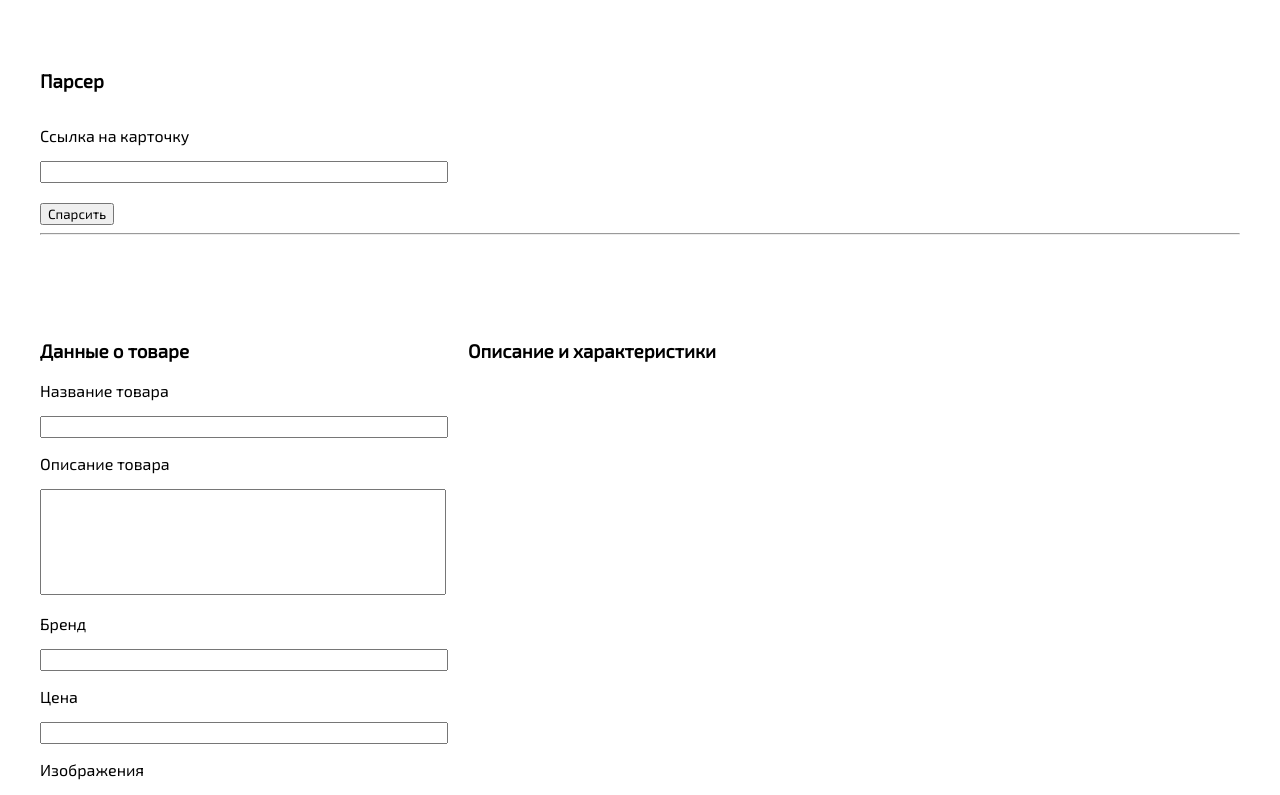
Repository: yozuul/wildberries-product-card-parser-api-exchange
Page: public/index.html
An editor plug-in stored every save of this project. The page is shown before and after the next save, followed by the edit.
The browser window is 1280 px wide. The pictures show the whole page.

Above is the page before, as saved 2021-08-18 18:31:43.

After the next save:
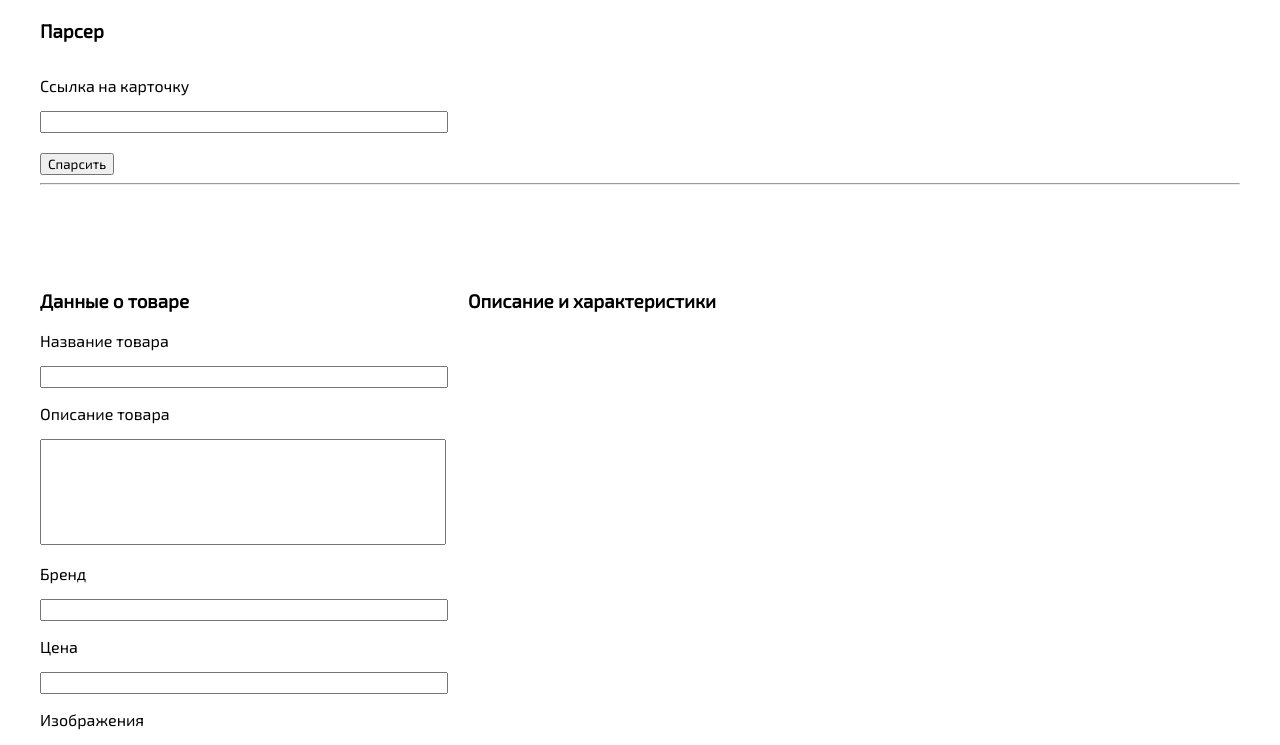
Saved 20 s later.
--- a/public/style.css
+++ b/public/style.css
@@ -11,10 +11,10 @@
 .productFormWrapper, .parseFormWrapper {
    max-width: 1200px;
    margin: auto;
-   margin-top: 50px;
 }
 .productFormWrapper {
    display: flex;
+   margin-top: 50px;
 }
 .productFormWrapperLeft {
    margin-right: 20px;

After the save that followed:
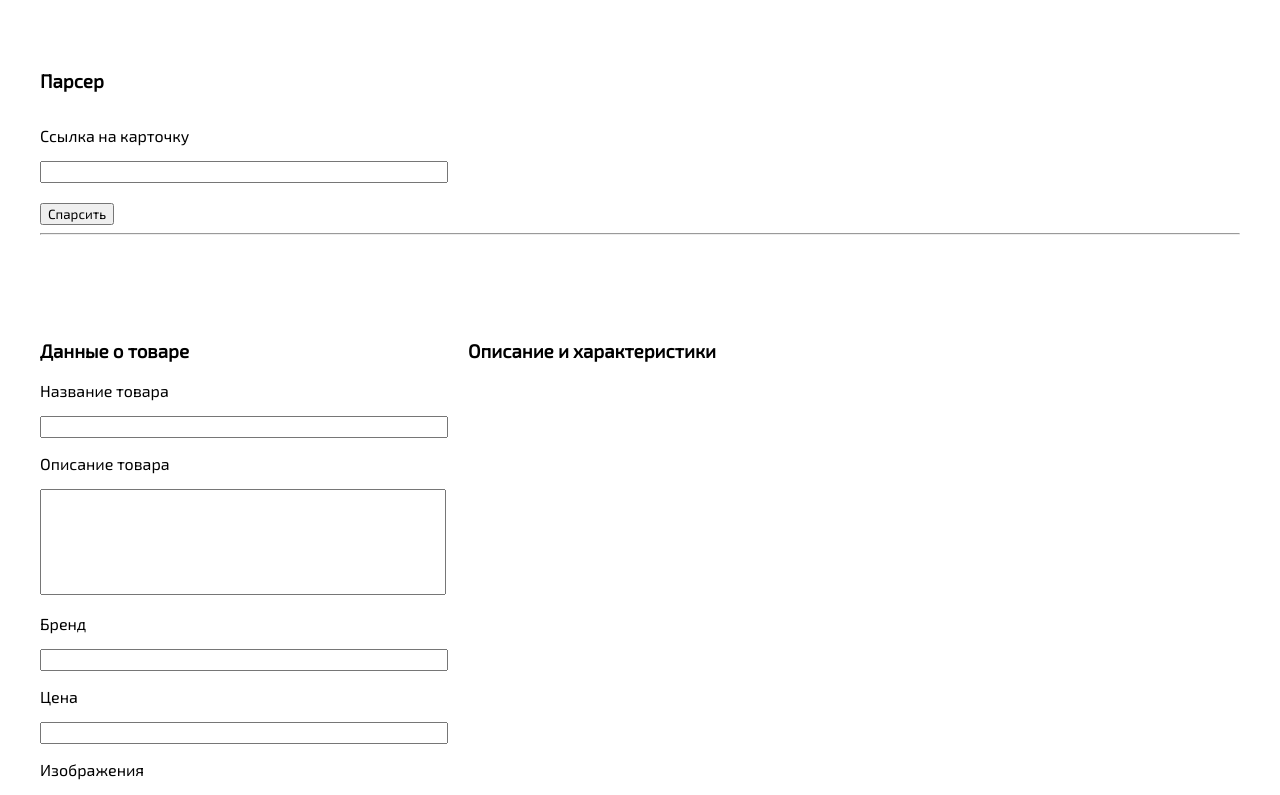
Saved 6 s later.
--- a/public/style.css
+++ b/public/style.css
@@ -11,10 +11,10 @@
 .productFormWrapper, .parseFormWrapper {
    max-width: 1200px;
    margin: auto;
+   margin-top: 50px;
 }
 .productFormWrapper {
    display: flex;
-   margin-top: 50px;
 }
 .productFormWrapperLeft {
    margin-right: 20px;
